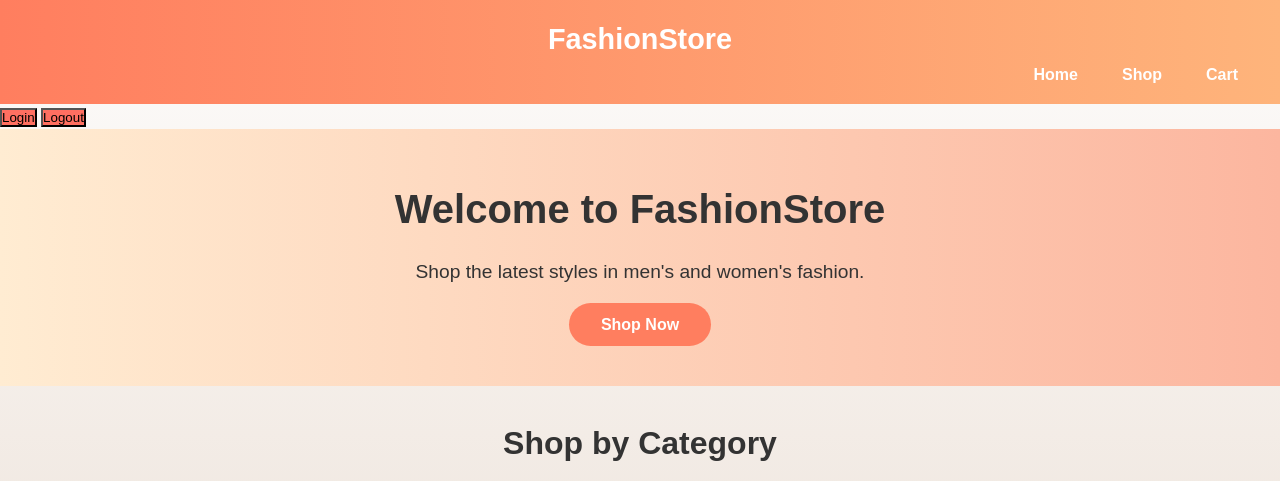
Repository: Patience225/ecommerce-app
Page: index.html
The author's editor kept a copy of each file at every save. The page is drawn from the files as they stood at one save, then again after a run of saves.
The browser window is 1280 px wide. The pictures show the part of the page from y = 0 to 481 px (the page is 1162 px tall).
A picture or video elsewhere on the page could not be fetched, so the positions and the page height are approximate.

Above is the page before, as saved 2025-01-28 03:39:11.
Console error: TypeError: Cannot read properties of null (reading 'addEventListener')

### index.html
<!DOCTYPE html>
<html lang="en">
<head>
  <meta charset="UTF-8">
  <meta name="viewport" content="width=device-width, initial-scale=1.0">
  <title>Fashion Store | Home</title>
  <link rel="stylesheet" href="css/styles.css">
</head>
<body>
  <header>
    <nav>
      <div class="logo">FashionStore</div>
      <ul class="nav-links">
        <li><a href="index.html">Home</a></li>
        <li><a href="products.html">Shop</a></li>
        <li><a href="cart.html">Cart</a></li>
      </ul>
    </nav>
  </header>

  <button onclick="login('JohnDoe')">Login</button>
  <button onclick="logout()">Logout</button>


  <main>
    <!-- Hero Section -->
    <section class="hero">
      <h1>Welcome to FashionStore</h1>
      <p>Shop the latest styles in men's and women's fashion.</p>
      <a href="products.html" class="cta-button">Shop Now</a>
    </section>

    <!-- Categories Section -->
    <section class="categories">
      <h2>Shop by Category</h2>
      <div class="category-grid">
        <div class="category-item">
          <img src="images/mens-fashion.jpg" alt="Men's Fashion">
          <a href="products.html?category=mens" class="category-link">Men's Wear</a>
        </div>
        <div class="category-item">
          <img src="images/womens-fashion.jpg" alt="Women's Fashion">
          <a href="products.html?category=womens" class="category-link">Women's Wear</a>
        </div>
      </div>
    </section>

    <!-- Featured Products Section -->
    <section class="featured-products">
      <h2>Featured Products</h2>
      <div id="featured-products-container" class="product-grid">
        <!-- Featured products will be dynamically loaded here -->
      </div>
    </section>
  </main>

  <label for="review">Leave a Review</label>
  <textarea id="review" name="review" rows="4" required></textarea>
  <button type="submit">Submit Review</button>

  <footer>
    <p>&copy; 2025 FashionStore. All rights reserved.</p>
  </footer>

  <script src="js/script.js"></script>
  <script src="js/auth.js"></script>
</body>
</html>

### css/styles.css
/* General Reset */
* {
  margin: 0;
  padding: 0;
  box-sizing: border-box;
}

body {
  font-family: 'Arial', sans-serif;
  line-height: 1.6;
  color: #333;
  background: linear-gradient(to bottom, #fdfcfb, #e2d1c3); /* Merged backgrounds */
  overflow-x: hidden;
  animation: fadeIn 0.5s ease-in-out;
}

/* Dark Mode styles */
body.dark-mode {
  background-color: #121212;
  color: white;
}

button {
  background-color: #ff6f61;
  transition: background-color 0.3s, transform 0.2s;
}

/* Light Mode styles */
body.light-mode {
  background-color: white;
  color: black;
}


/* Header Styles */
header {
  background: linear-gradient(to right, #ff7e5f, #feb47b); /* Kept gradient for aesthetics */
  color: white;
  padding: 1rem 2rem;
  text-align: center;
}

header .logo {
  font-size: 1.8rem;
  font-weight: bold;
}

header .nav-links {
  display: flex;
  list-style: none;
  gap: 1.5rem;
  justify-content: flex-end;
}

header .nav-links li {
  margin: 0 10px; /* Merged inline styles */
}

header .nav-links li a {
  text-decoration: none;
  color: white;
  font-weight: bold;
  transition: color 0.3s;
}

header .nav-links li a:hover {
  color: #333;
}

/* Hero Section */
.hero {
  text-align: center;
  padding: 3rem 1rem;
  background: linear-gradient(to right, #ffecd2, #fcb69f);
  color: #333;
}

.hero h1 {
  font-size: 2.5rem;
  margin-bottom: 1rem;
}

.hero p {
  margin-bottom: 1.5rem;
  font-size: 1.2rem;
}

.hero .cta-button {
  text-decoration: none;
  padding: 0.8rem 2rem;
  background: #ff7e5f;
  color: white;
  font-weight: bold;
  border-radius: 25px;
  transition: background 0.3s;
}

.hero .cta-button:hover {
  background: #feb47b;
}

/* Categories Section */
.categories {
  padding: 2rem 1rem;
  text-align: center;
}

.categories h2 {
  margin-bottom: 2rem;
  font-size: 2rem;
}

.category-grid {
  display: flex;
  gap: 1.5rem;
  justify-content: center;
  flex-wrap: wrap;
}

.category-item {
  flex: 1 1 calc(40% - 2rem);
  max-width: 400px;
  overflow: hidden;
  border-radius: 15px;
  box-shadow: 0 4px 8px rgba(0, 0, 0, 0.1);
  transition: transform 0.3s;
}

.category-item img {
  width: 100%;
  height: auto;
  display: block;
}

.category-item .category-link {
  display: block;
  padding: 1rem;
  text-decoration: none;
  font-weight: bold;
  color: white;
  background: #333;
  text-align: center;
}

.category-item:hover {
  transform: scale(1.05);
}

/* Featured Products Section */
.featured-products {
  padding: 2rem 1rem;
  background: linear-gradient(to bottom, #e2d1c3, #f7f1e3);
  text-align: center;
}

.featured-products h2 {
  margin-bottom: 2rem;
  font-size: 2rem;
}

.product-grid {
  display: flex;
  gap: 1.5rem;
  justify-content: center;
  flex-wrap: wrap;
}

.product-grid .product {
  flex: 1 1 calc(30% - 2rem);
  max-width: 300px;
  overflow: hidden;
  border-radius: 15px;
  box-shadow: 0 4px 8px rgba(0, 0, 0, 0.1);
  text-align: center;
  background: white;
  transition: transform 0.3s;
}

.product-grid .product img {
  width: 100%;
  height: auto;
  display: block;
}

.product-grid .product h3 {
  margin: 1rem 0;
}

.product-grid .product p {
  color: #666;
  margin-bottom: 1rem;
}

.product-grid .product button {
  padding: 0.8rem 1.5rem;
  background: #ff7e5f;
  border: none;
  color: white;
  font-weight: bold;
  border-radius: 25px;
  cursor: pointer;
  transition: background 0.3s;
}

.product-grid .product button:hover {
  background: #feb47b;
}

/* Checkout Form Styles */
.checkout-details {
  background-color: white;
  padding: 20px;
  border-radius: 8px;
  box-shadow: 0 4px 8px rgba(0, 0, 0, 0.1);
  margin-top: 20px;
}

.checkout-details input,
.checkout-details textarea,
.checkout-details select {
  width: 100%;
  padding: 10px;
  margin-bottom: 15px;
  border: 1px solid #ccc;
  border-radius: 4px;
}

.checkout-details button {
  background-color: #ff6f61;
  color: white;
  padding: 12px 20px;
  border: none;
  border-radius: 4px;
  font-size: 16px;
  cursor: pointer;
  transition: background-color 0.3s ease;
}

.checkout-details button:hover {
  background-color: #e0554b;
}

/* Cart Styles */
.cart-item {
  display: flex;
  justify-content: space-between;
  align-items: center;
  margin-bottom: 15px;
  background-color: #fff;
  padding: 10px;
  border-radius: 8px;
  box-shadow: 0 2px 6px rgba(0, 0, 0, 0.1);
  transition: transform 0.3s ease;
  animation: cartAnimation 0.3s ease-out;
  animation: slideIn 0.3s ease-in-out;
}

.cart-item:hover {
  transform: translateY(-5px);
}

.cart-item img {
  max-width: 50px;
  margin-right: 15px;
}

.cart-item-details {
  flex-grow: 1;
}

.cart-item input[type="number"] {
  width: 60px;
  padding: 5px;
}

.remove-item {
  background-color: #ff6f61;
  color: white;
  padding: 8px;
  border: none;
  border-radius: 4px;
  cursor: pointer;
}

.remove-item:hover {
  background-color: #e0554b;
}

/* Animations for the Cart */
@keyframes cartAnimation {
  0% {
    opacity: 0;
    transform: translateY(-20px);
  }
  100% {
    opacity: 1;
    transform: translateY(0);
  }
}

@keyframes fadeIn {
  from {
      opacity: 0;
  }
  to {
      opacity: 1;
  }
}

@keyframes slideIn {
  from {
      transform: translateX(-100%);
      opacity: 0;
  }
  to {
      transform: translateX(0);
      opacity: 1;
  }
}

button:hover {
  background-color: #d35d56;
  transform: scale(1.05);
}


.products-container {
  display: flex;
  flex-wrap: wrap;
  justify-content: space-between;
  gap: 20px;
}

.product-item {
  flex: 0 1 30%;
  background-color: #fff;
  padding: 15px;
  border-radius: 8px;
  box-shadow: 0 2px 5px rgba(0, 0, 0, 0.1);
}


@keyframes fadeIn {
  0% { opacity: 0; }
  100% { opacity: 1; }
}

.page {
  animation: fadeIn 0.5s ease-in-out;
}

/* Responsive Design */
@media (max-width: 768px) {
  .products-container {
      flex-direction: column;
      align-items: center;
  }

  .product-item {
      width: 90%;
  }

  nav a {
      display: block;
      margin: 10px 0;
  }
}


/* Footer */
footer {
  text-align: center;
  padding: 1rem;
  background: #333;
  color: white;
  font-size: 0.9rem;
}

### js/script.js
document.addEventListener('DOMContentLoaded', () => {
  const productGrid = document.getElementById('product-grid');

  // Fetch products from JSON file
  fetch('data/products.json')
    .then(response => response.json())
    .then(products => {
      products.forEach(product => {
        // Create product card
        const productCard = document.createElement('div');
        productCard.classList.add('product');

        productCard.innerHTML = `
          <img src="${product.image}" alt="${product.name}">
          <h3>${product.name}</h3>
          <p>$${product.price.toFixed(2)}</p>
          <button data-id="${product.id}" class="add-to-cart">Add to Cart</button>
        `;

        productGrid.appendChild(productCard);
      });
    })
    .catch(error => console.error('Error loading products:', error));
});

// Filter products based on search query
function filterProducts(query) {
  const filteredProducts = products.filter(product =>
      product.name.toLowerCase().includes(query.toLowerCase())
  );
  displayProducts(filteredProducts);
}

document.querySelector('#search-input').addEventListener('input', function () {
  filterProducts(this.value);
});

function addReview(productId, rating, comment) {
  const product = products.find(p => p.id === productId);
  if (!product.reviews) product.reviews = [];
  product.reviews.push({ rating, comment });

  localStorage.setItem('products', JSON.stringify(products));
  alert('Review added!');
}

let wishlist = JSON.parse(localStorage.getItem('wishlist')) || [];

function addToWishlist(productId) {
    if (!wishlist.includes(productId)) {
        wishlist.push(productId);
        localStorage.setItem('wishlist', JSON.stringify(wishlist));
        alert('Added to Wishlist!');
    } else {
        alert('Already in Wishlist');
    }
}

function toggleDarkMode() {
  document.body.classList.toggle('dark-mode');
  const mode = document.body.classList.contains('dark-mode') ? 'dark' : 'light';
  localStorage.setItem('mode', mode);
}

// Set initial mode on page load
document.addEventListener('DOMContentLoaded', () => {
  if (localStorage.getItem('mode') === 'dark') {
      document.body.classList.add('dark-mode');
  }
});

### js/auth.js
function login(username) {
  localStorage.setItem('user', username);
  alert('Logged in as ' + username);
}

function logout() {
  localStorage.removeItem('user');
  alert('Logged out!');
}

### data/products.json
[
  {
    "id": 1,
    "name": "Men's Casual Shirt",
    "price": 25.99,
    "category": "mens",
    "image": "images/mens-casual-shirt.jpg"
  },
  {
    "id": 2,
    "name": "Men's Formal Blazer",
    "price": 75.49,
    "category": "mens",
    "image": "images/mens-blazer.jpg"
  },
  {
    "id": 3,
    "name": "Men's Sneakers",
    "price": 45.99,
    "category": "mens",
    "image": "images/mens-sneakers.jpg"
  },
  {
    "id": 4,
    "name": "Women's Summer Dress",
    "price": 30.99,
    "category": "womens",
    "image": "images/womens-dress.jpg"
  },
  {
    "id": 5,
    "name": "Women's Handbag",
    "price": 50.99,
    "category": "womens",
    "image": "images/womens-handbag.jpg"
  },
  {
    "id": 6,
    "name": "Women's Heels",
    "price": 40.99,
    "category": "womens",
    "image": "images/womens-heels.jpg"
  }
]

After the next 2 saves:
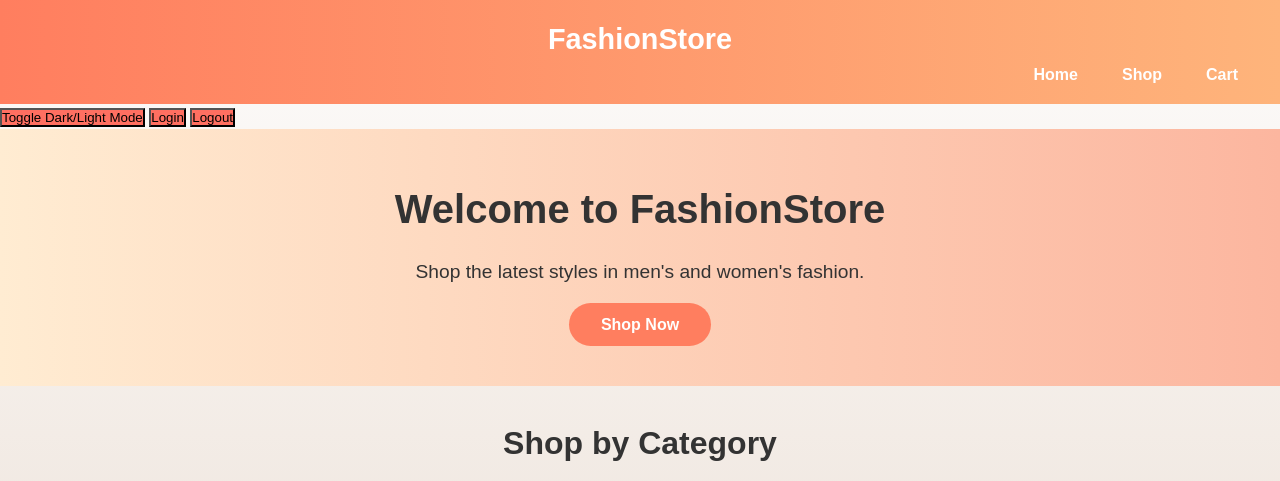
The 2 saves are shown as one change because they came seconds apart.
The last was saved 68 s later.
--- a/index.html
+++ b/index.html
@@ -17,6 +17,8 @@
       </ul>
     </nav>
   </header>
+
+  <button onclick="toggleDarkMode()">Toggle Dark/Light Mode</button>
 
   <button onclick="login('JohnDoe')">Login</button>
   <button onclick="logout()">Logout</button>
